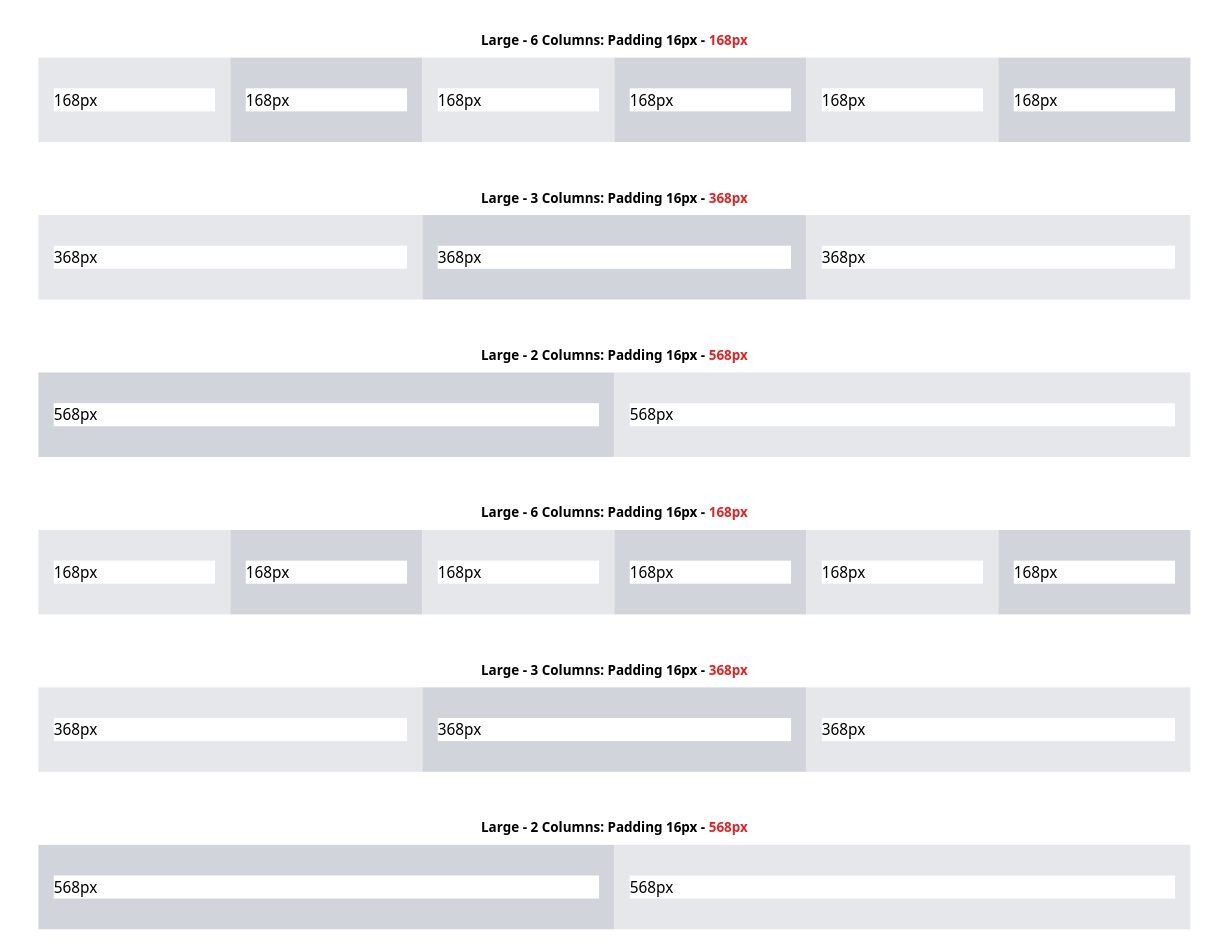
Repository: fabianwurk/vue-tailwind
Page: /
These files come from the project's save history. The page is drawn as it stood at one moment and after the next save; the edit follows.
The browser window is 1280 px wide. The pictures show the whole page, at 96% of full size.
The project was rebuilt for these pictures with package versions that can differ from the ones it lists, and the page was loaded fresh each time. Also part of the build but not shown: vite.config.js.

Above is the page before, as saved 2021-03-16 00:20:57.

### src/App.vue
<template>
  <Large />
  <Medium />
</template>

<script setup>
import Large from './components/Large.vue';
import Medium from './components/Medium.vue';

</script>

### src/components/Large.vue
<template>
  <div>

  <div class="container mx-auto">
    <h2 class="text-sm font-bold mb-2 mt-8 text-center">Large - 6 Columns: Padding 16px - <span class="text-red-600">{{ sixCol }}</span></h2>
    <div class="flex items-center">
      <div class="w-1/6 bg-gray-200 mb-4 mt-0 py-8 px-4">
        <span class="bg-white w-full block">{{ sixCol }}</span>
      </div>
      <div class="w-1/6 bg-gray-300 mb-4 mt-0 py-8 px-4">
        <span class="bg-white w-full block">{{ sixCol }}</span>
      </div>
      <div class="w-1/6 bg-gray-200 mb-4 mt-0 py-8 px-4">
        <span class="bg-white w-full block">{{ sixCol }}</span>
      </div>
      <div class="w-1/6 bg-gray-300 mb-4 mt-0 py-8 px-4">
        <span class="bg-white w-full block">{{ sixCol }}</span>
      </div>
      <div class="w-1/6 bg-gray-200 mb-4 mt-0 py-8 px-4">
        <span class="bg-white w-full block">{{ sixCol }}</span>
      </div>
      <div class="w-1/6 bg-gray-300 mb-4 mt-0 py-8 px-4">
        <span class="bg-white w-full block">{{ sixCol }}</span>
      </div>
    </div>
  </div>

  <div class="container mx-auto">
    <h2 class="text-sm font-bold mb-2 mt-8 text-center">Large - 3 Columns: Padding 16px - <span class="text-red-600">{{ threeCol }}</span></h2>
    <div class="flex items-center">
      <div class="w-1/3 bg-gray-200 mb-4 mt-0 py-8 px-4">
        <span class="bg-white w-full block">{{ threeCol }}</span>
      </div>
      <div class="w-1/3 bg-gray-300 mb-4 mt-0 py-8 px-4">
        <span class="bg-white w-full block">{{ threeCol }}</span>
      </div>
      <div class="w-1/3 bg-gray-200 mb-4 mt-0 py-8 px-4">
        <span class="bg-white w-full block">{{ threeCol }}</span>
      </div>
    </div>
  </div>

  <div class="container mx-auto">
    <h2 class="text-sm font-bold mb-2 mt-8 text-center">Large - 2 Columns: Padding 16px - <span class="text-red-600">{{ twoCol }}</span></h2>
    <div class="flex items-center">
      <div class="w-1/2 bg-gray-300 mb-4 mt-0 py-8 px-4">
        <span class="bg-white w-full block">{{ twoCol }}</span>
      </div>
      <div class="w-1/2 bg-gray-200 mb-4 mt-0 py-8 px-4">
        <span class="bg-white w-full block">{{ twoCol }}</span>
      </div>
    </div>
  </div>

  </div>
</template>

<script>
export default {
  data() {
    return {
      sixCol: "168px",
      threeCol: "368px",
      twoCol: "568px",
    };
  },
}
</script>

### src/components/Medium.vue
<template>
  <div>

  <div class="md:container mx-auto">
    <h2 class="text-sm font-bold mb-2 mt-8 text-center">Large - 6 Columns: Padding 16px - <span class="text-red-600">{{ sixCol }}</span></h2>
    <div class="flex items-center">
      <div class="w-1/6 bg-gray-200 mb-4 mt-0 py-8 px-4">
        <span class="bg-white w-full block">{{ sixCol }}</span>
      </div>
      <div class="w-1/6 bg-gray-300 mb-4 mt-0 py-8 px-4">
        <span class="bg-white w-full block">{{ sixCol }}</span>
      </div>
      <div class="w-1/6 bg-gray-200 mb-4 mt-0 py-8 px-4">
        <span class="bg-white w-full block">{{ sixCol }}</span>
      </div>
      <div class="w-1/6 bg-gray-300 mb-4 mt-0 py-8 px-4">
        <span class="bg-white w-full block">{{ sixCol }}</span>
      </div>
      <div class="w-1/6 bg-gray-200 mb-4 mt-0 py-8 px-4">
        <span class="bg-white w-full block">{{ sixCol }}</span>
      </div>
      <div class="w-1/6 bg-gray-300 mb-4 mt-0 py-8 px-4">
        <span class="bg-white w-full block">{{ sixCol }}</span>
      </div>
    </div>
  </div>

  <div class="container mx-auto">
    <h2 class="text-sm font-bold mb-2 mt-8 text-center">Large - 3 Columns: Padding 16px - <span class="text-red-600">{{ threeCol }}</span></h2>
    <div class="flex items-center">
      <div class="w-1/3 bg-gray-200 mb-4 mt-0 py-8 px-4">
        <span class="bg-white w-full block">{{ threeCol }}</span>
      </div>
      <div class="w-1/3 bg-gray-300 mb-4 mt-0 py-8 px-4">
        <span class="bg-white w-full block">{{ threeCol }}</span>
      </div>
      <div class="w-1/3 bg-gray-200 mb-4 mt-0 py-8 px-4">
        <span class="bg-white w-full block">{{ threeCol }}</span>
      </div>
    </div>
  </div>

  <div class="container mx-auto">
    <h2 class="text-sm font-bold mb-2 mt-8 text-center">Large - 2 Columns: Padding 16px - <span class="text-red-600">{{ twoCol }}</span></h2>
    <div class="flex items-center">
      <div class="w-1/2 bg-gray-300 mb-4 mt-0 py-8 px-4">
        <span class="bg-white w-full block">{{ twoCol }}</span>
      </div>
      <div class="w-1/2 bg-gray-200 mb-4 mt-0 py-8 px-4">
        <span class="bg-white w-full block">{{ twoCol }}</span>
      </div>
    </div>
  </div>

  </div>
</template>

<script>
export default {
  data() {
    return {
      sixCol: "168px",
      threeCol: "368px",
      twoCol: "568px",
    };
  },
}
</script>

### tailwind.config.js
module.exports = {
  purge: ['./index.html', './src/**/*.{vue,js,ts,jsx,tsx}'],
  darkMode: false, // or 'media' or 'class'
  theme: {
    extend: {
      container: {
        'medium': '768px',
      },
      screens: {
        'xl': {'min': '1200px', 'max': '1280px'},
        '2xl': {'max': '1280px'},
      },
    },
  },
  variants: {
    extend: {},
  },
  plugins: [],
}

Loaded but not shown: index.html (common file); src/main.js (common file); src/index.css (common file)

After the next save:
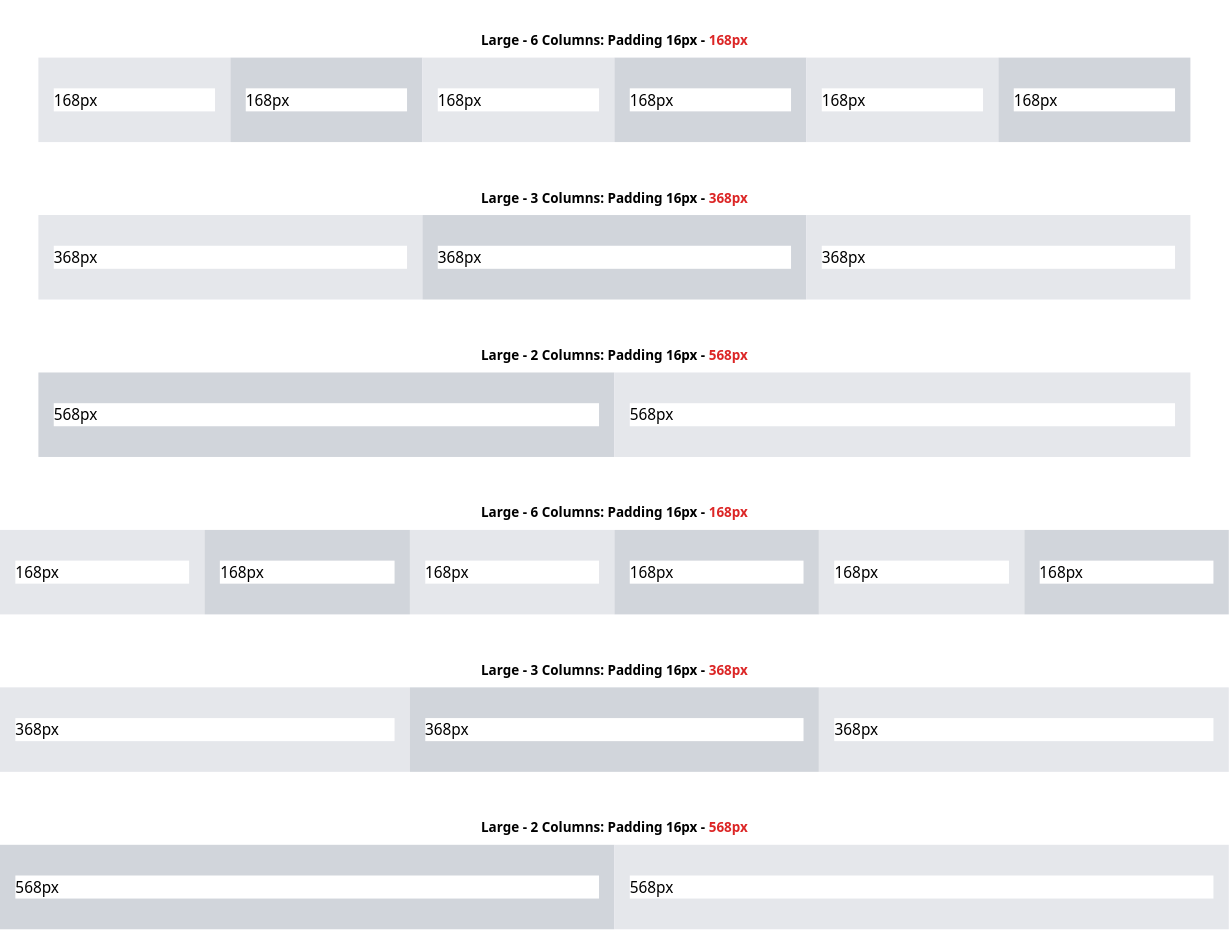
Saved 40 s later.
--- a/src/components/Medium.vue
+++ b/src/components/Medium.vue
@@ -1,7 +1,7 @@
 <template>
   <div>
 
-  <div class="md:container mx-auto">
+  <div class="medium:container mx-auto">
     <h2 class="text-sm font-bold mb-2 mt-8 text-center">Large - 6 Columns: Padding 16px - <span class="text-red-600">{{ sixCol }}</span></h2>
     <div class="flex items-center">
       <div class="w-1/6 bg-gray-200 mb-4 mt-0 py-8 px-4">
@@ -25,7 +25,7 @@
     </div>
   </div>
 
-  <div class="container mx-auto">
+  <div class="medium:container mx-auto">
     <h2 class="text-sm font-bold mb-2 mt-8 text-center">Large - 3 Columns: Padding 16px - <span class="text-red-600">{{ threeCol }}</span></h2>
     <div class="flex items-center">
       <div class="w-1/3 bg-gray-200 mb-4 mt-0 py-8 px-4">
@@ -40,7 +40,7 @@
     </div>
   </div>
 
-  <div class="container mx-auto">
+  <div class="medium:container mx-auto">
     <h2 class="text-sm font-bold mb-2 mt-8 text-center">Large - 2 Columns: Padding 16px - <span class="text-red-600">{{ twoCol }}</span></h2>
     <div class="flex items-center">
       <div class="w-1/2 bg-gray-300 mb-4 mt-0 py-8 px-4">
